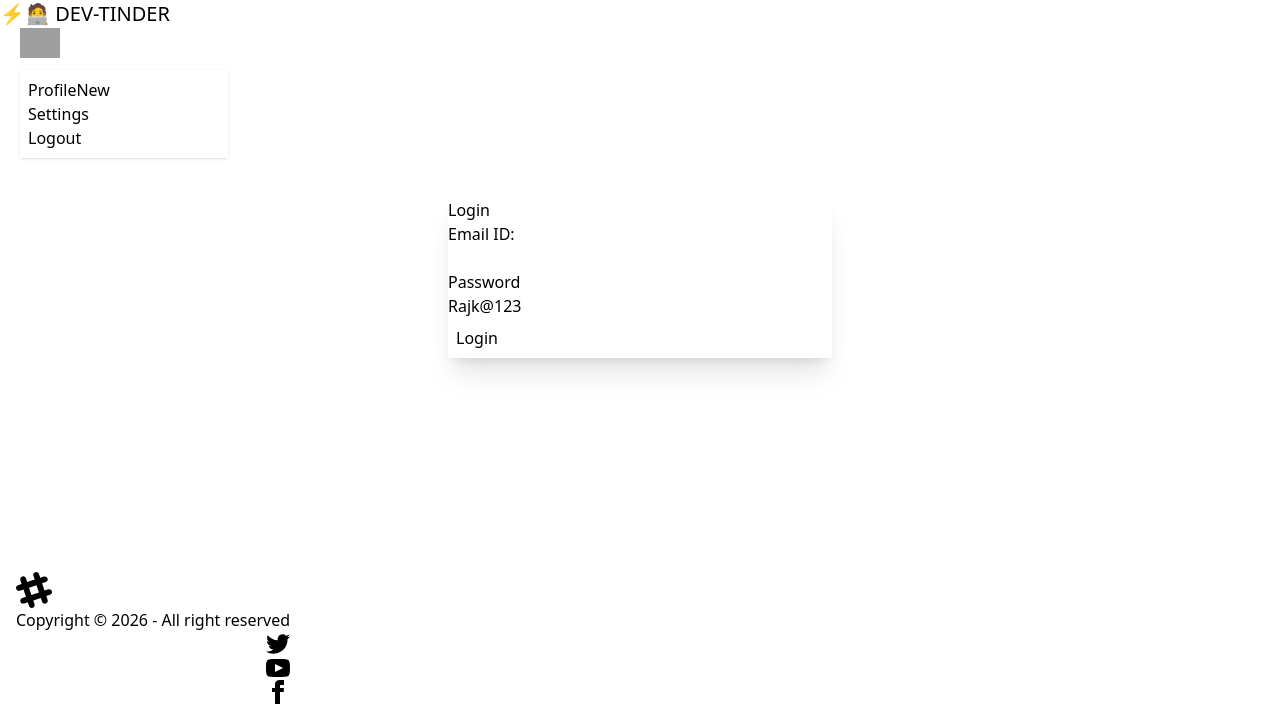
Repository: Mauryavishal18/DEV-TINDER
Page: /login (app in Frontend/)
The author's editor kept a copy of each file at every save. The page is drawn from the files as they stood at one save, then again after a run of saves.
The browser window is 1280 px wide. The pictures show the whole page.
Pictures or frames that could not be fetched are drawn as grey boxes. The project was rebuilt for these pictures with package versions that can differ from the ones it lists, and the page was loaded fresh each time. Also part of the build but not shown: Frontend/vite.config.js, Frontend/src/Profile.jsx.

Above is the page before, as saved 2026-02-15 01:58:33.

### Frontend/index.html
<!doctype html>
<html lang="en">
  <head>
    <meta charset="UTF-8" />
    <link rel="icon" type="image/svg+xml" href="/vite.svg" />
    <meta name="viewport" content="width=device-width, initial-scale=1.0" />
    <title>devtinder</title>
  </head>
  <body>
    <div id="root"></div>
    <script type="module" src="/src/main.jsx"></script>
  </body>
</html>

### Frontend/src/App.jsx
import { BrowserRouter, Route, Routes } from "react-router-dom";
import NavBar from "./NavBar";
import Body from "./Body";
import Login from "./Login";
import Profile from "./Profile";

function App(){
  return (
    <>

    <BrowserRouter basename="/">
     <Routes>
      <Route path="/" element={<Body/>}>
      <Route path="/login" element={<Login/>}/>
     <Route path="/profile" element={<Profile/>}/>
     </Route>
     </Routes>
    </BrowserRouter>
    </>
  );
}

export default App;

### Frontend/src/NavBar.jsx
import React from 'react'

const NavBar = () => {
  return (
     <div className="navbar bg-base-300">
  <div className="flex-1">
    <a className="btn btn-ghost text-xl">⚡🧑‍💻
DEV-TINDER</a>
  </div>
  <div className="flex-none gap-2">
    {/* <div className="form-control">
      <input type="text" placeholder="Search" className="input input-bordered w-24 md:w-auto" />
    </div> */}
    <div className="dropdown dropdown-end mx-5">
      <div tabIndex={0} role="button" className="btn btn-ghost btn-circle avatar">
        <div className="w-10 rounded-full">
          <img
            alt="Tailwind CSS Navbar component"
            src="https://img.daisyui.com/images/stock/photo-1534528741775-53994a69daeb.webp" />
        </div>
      </div>
      <ul
        tabIndex={0}
        className="menu menu-sm dropdown-content bg-base-100 rounded-box z-[1] mt-3 w-52 p-2 shadow">
        <li>
          <a className="justify-between">
            Profile
            <span className="badge">New</span>
          </a>
        </li>
        <li><a>Settings</a></li>
        <li><a>Logout</a></li>
      </ul>
    </div>
  </div>
</div>
    // <div>NavBar</div>
  );
}

export default NavBar;

### Frontend/src/Body.jsx
import React from 'react'
import NavBar from './NavBar'
import { Outlet } from 'react-router-dom';
import Footer from './Footer';

const Body = () => {
  return (
    <div>
        <NavBar/>
        <Outlet/>
        <Footer/>
    </div>
  );
};

export default Body;

### Frontend/src/Login.jsx
import React, { useState } from 'react'
import axios from 'axios';

const Login = () => {
    const[emailId, setEmailId]=useState("");
    const[password,setPassword]=useState("Rajk@123");
    const handleLogin=async()=>{
   try{ const res= await axios.post("http://localhost:3000/login",{
        emailId,
        password,
    });}
    catch(err){
        console.error(err)
    }
};


  return (
    <div className='flex justify-center my-10'>
        <div className="card bg-base-300 w-96 shadow-xl">
  <div className="card-body">
    <h2 className="card-title bg-base-300 justify-center">Login</h2>
    <div>
        <label className="form-control w-full max-w-xs my-2">
  <div className="label">
    <span className="label-text">Email ID:{emailId}</span>
    {/* <span className="label-text-alt">Top Right label</span> */}
  </div>
  <input type="text" value={emailId} placeholder="" className="input input-bordered w-full max-w-xs"
  onChange={(e)=>setEmailId(e.target.value)} />

</label>
<label className="form-control w-full max-w-xs my-2">
  <div className="label">
    <span className="label-text">Password</span>
    {/* <span className="label-text-alt">Top Right label</span> */}
  </div>
  <input type="text" value={password} placeholder="" className="input input-bordered w-full max-w-xs"
  onChange={(e)=>setPassword(e.target.value)}/>

</label>
    </div>
    <div className="card-actions justify-center m-2">
      <button className="btn btn-primary" onClick={handleLogin}>Login</button>
    </div>
  </div>
</div>
</div>
  );
};

export default Login

### Frontend/src/Footer.jsx
import React from 'react'

const Footer = () => {
  return (

        <footer className="footer bg-base-200 text-neutral-content items-center p-4 fixed bottom-0">
  <aside className="grid-flow-col items-center">
    <svg
      width="36"
      height="36"
      viewBox="0 0 24 24"
      xmlns="http://www.w3.org/2000/svg"
      fillRule="evenodd"
      clipRule="evenodd"
      className="fill-current">
      <path
        d="M22.672 15.226l-2.432.811.841 2.515c.33 1.019-.209 2.127-1.23 2.456-1.15.325-2.148-.321-2.463-1.226l-.84-2.518-5.013 1.677.84 2.517c.391 1.203-.434 2.542-1.831 2.542-.88 0-1.601-.564-1.86-1.314l-.842-2.516-2.431.809c-1.135.328-2.145-.317-2.463-1.229-.329-1.018.211-2.127 1.231-2.456l2.432-.809-1.621-4.823-2.432.808c-1.355.384-2.558-.59-2.558-1.839 0-.817.509-1.582 1.327-1.846l2.433-.809-.842-2.515c-.33-1.02.211-2.129 1.232-2.458 1.02-.329 2.13.209 2.461 1.229l.842 2.515 5.011-1.677-.839-2.517c-.403-1.238.484-2.553 1.843-2.553.819 0 1.585.509 1.85 1.326l.841 2.517 2.431-.81c1.02-.33 2.131.211 2.461 1.229.332 1.018-.21 2.126-1.23 2.456l-2.433.809 1.622 4.823 2.433-.809c1.242-.401 2.557.484 2.557 1.838 0 .819-.51 1.583-1.328 1.847m-8.992-6.428l-5.01 1.675 1.619 4.828 5.011-1.674-1.62-4.829z"></path>
    </svg>
    <p>Copyright © {new Date().getFullYear()} - All right reserved</p>
  </aside>
  <nav className="grid-flow-col gap-4 md:place-self-center md:justify-self-end">
    <a>
      <svg
        xmlns="http://www.w3.org/2000/svg"
        width="24"
        height="24"
        viewBox="0 0 24 24"
        className="fill-current">
        <path
          d="M24 4.557c-.883.392-1.832.656-2.828.775 1.017-.609 1.798-1.574 2.165-2.724-.951.564-2.005.974-3.127 1.195-.897-.957-2.178-1.555-3.594-1.555-3.179 0-5.515 2.966-4.797 6.045-4.091-.205-7.719-2.165-10.148-5.144-1.29 2.213-.669 5.108 1.523 6.574-.806-.026-1.566-.247-2.229-.616-.054 2.281 1.581 4.415 3.949 4.89-.693.188-1.452.232-2.224.084.626 1.956 2.444 3.379 4.6 3.419-2.07 1.623-4.678 2.348-7.29 2.04 2.179 1.397 4.768 2.212 7.548 2.212 9.142 0 14.307-7.721 13.995-14.646.962-.695 1.797-1.562 2.457-2.549z"></path>
      </svg>
    </a>
    <a>
      <svg
        xmlns="http://www.w3.org/2000/svg"
        width="24"
        height="24"
        viewBox="0 0 24 24"
        className="fill-current">
        <path
          d="M19.615 3.184c-3.604-.246-11.631-.245-15.23 0-3.897.266-4.356 2.62-4.385 8.816.029 6.185.484 8.549 4.385 8.816 3.6.245 11.626.246 15.23 0 3.897-.266 4.356-2.62 4.385-8.816-.029-6.185-.484-8.549-4.385-8.816zm-10.615 12.816v-8l8 3.993-8 4.007z"></path>
      </svg>
    </a>
    <a>
      <svg
        xmlns="http://www.w3.org/2000/svg"
        width="24"
        height="24"
        viewBox="0 0 24 24"
        className="fill-current">
        <path
          d="M9 8h-3v4h3v12h5v-12h3.642l.358-4h-4v-1.667c0-.955.192-1.333 1.115-1.333h2.885v-5h-3.808c-3.596 0-5.192 1.583-5.192 4.615v3.385z"></path>
      </svg>
    </a>
  </nav>
</footer>
  );
}

export default Footer;

Loaded but not shown: Frontend/src/main.jsx (common file); Frontend/src/index.css (common file); Frontend/tailwind.config.js (common file)

After the next 2 saves:
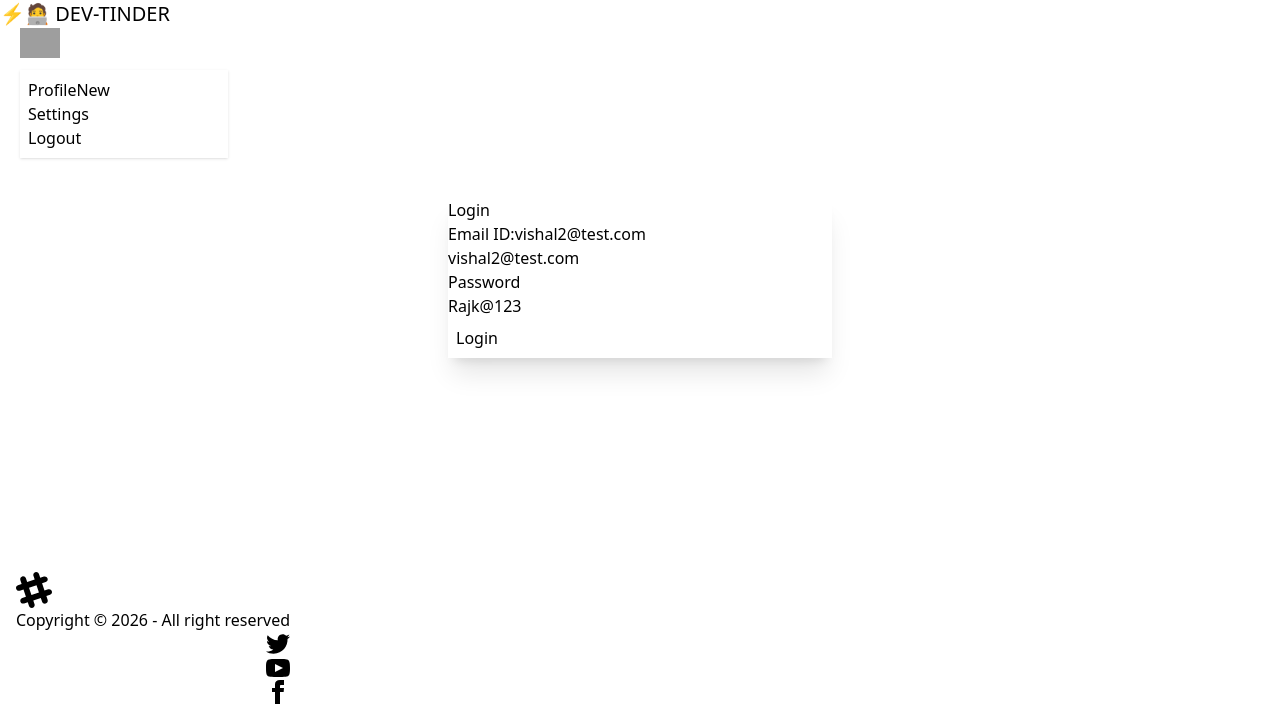
The 2 saves are shown as one change because 1 did not build or start.
The last was saved 9 s later.
--- a/Frontend/src/Login.jsx
+++ b/Frontend/src/Login.jsx
@@ -2,7 +2,7 @@ import React, { useState } from 'react'
 import axios from 'axios';
 
 const Login = () => {
-    const[emailId, setEmailId]=useState("");
+    const[emailId, setEmailId]=useState("vishal2@test.com");
     const[password,setPassword]=useState("Rajk@123");
     const handleLogin=async()=>{
    try{ const res= await axios.post("http://localhost:3000/login",{
